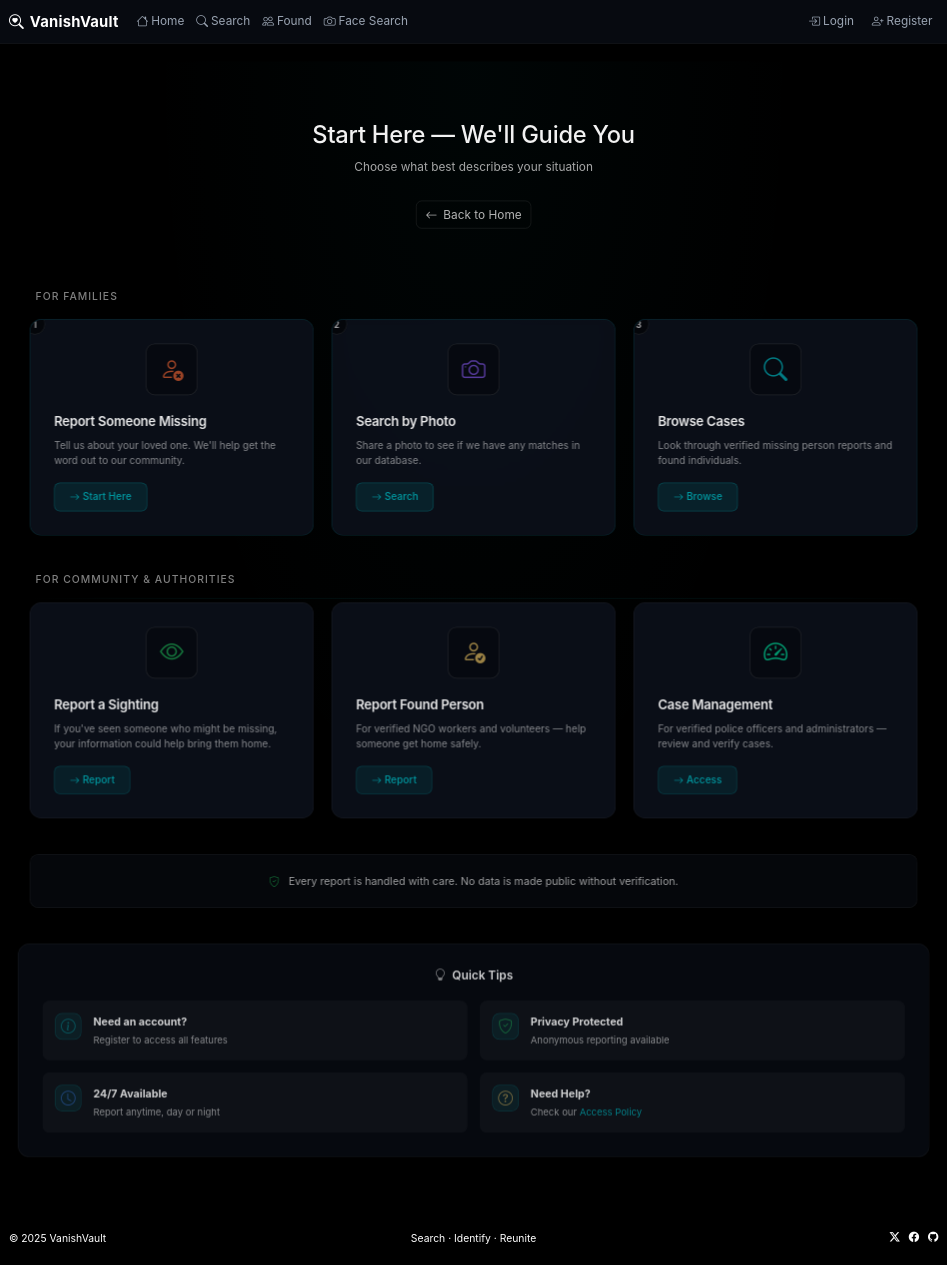
Repository: nidhi-jpg/Vanish-Vault
Page: templates/core/roadmap.html
An editor plug-in stored every save of this project. The page is shown before and after the next save, followed by the edit.
The browser window is 1280 px wide. The pictures show the whole page, at 74% of full size.
The template is drawn by Django 3.2. The application's start-up code is not run. The template is opened directly, without the code that normally fills it, so the values that code supplies are empty.

Above is the page before, as saved 2026-01-01 23:02:29.

After the next save:
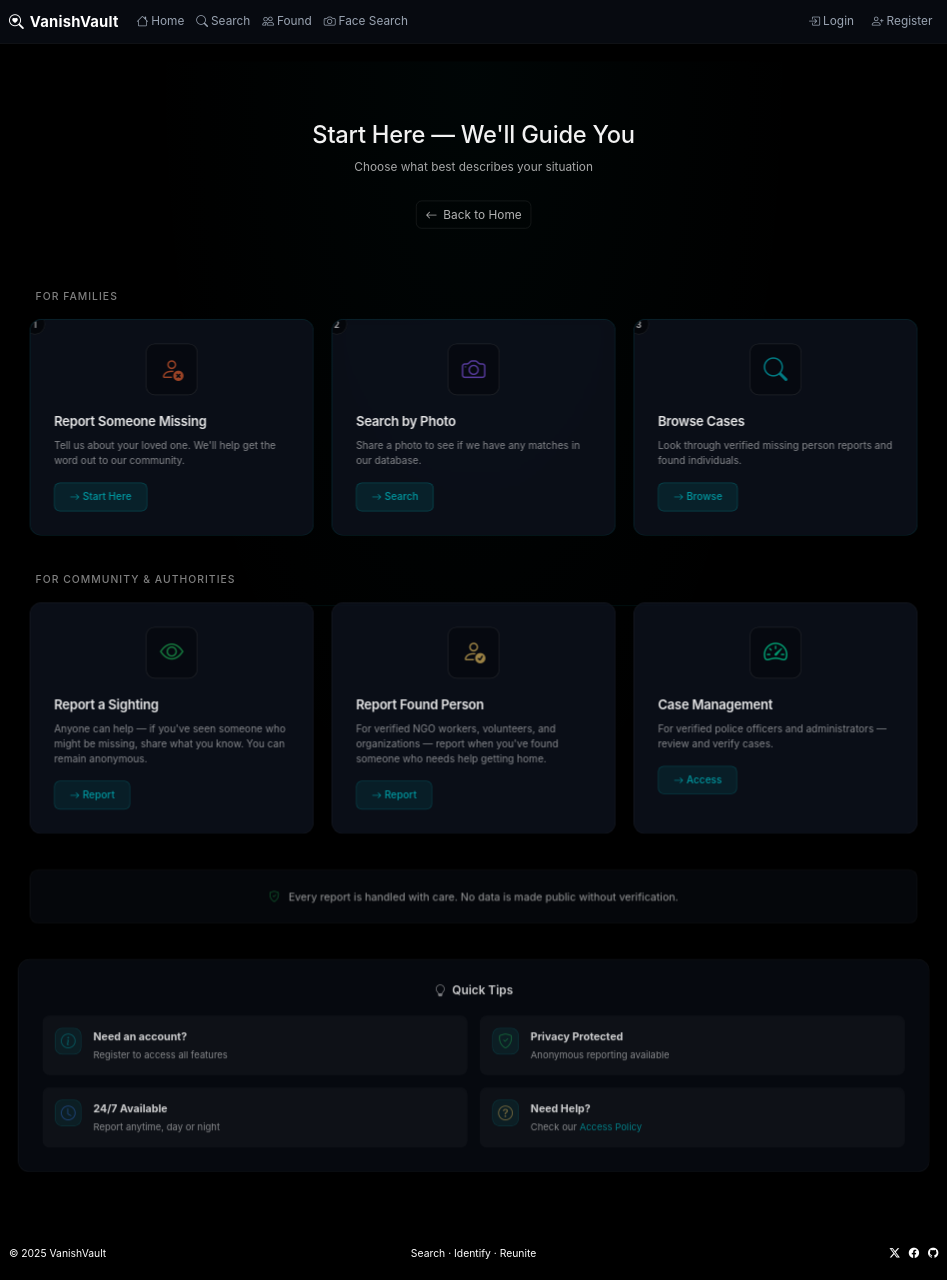
Saved 2 min 47 s later.
--- a/templates/core/roadmap.html
+++ b/templates/core/roadmap.html
@@ -438,7 +438,7 @@
                             </div>
                         </div>
                         <h3>Report a Sighting</h3>
-                        <p>If you've seen someone who might be missing, your information could help bring them home.</p>
+                        <p>Anyone can help — if you've seen someone who might be missing, share what you know. You can remain anonymous.</p>
                         <a href="{% url 'core:search' %}" class="btn">
                             <i class="bi bi-arrow-right me-1"></i>Report
                         </a>
@@ -452,7 +452,7 @@
                             </div>
                         </div>
                         <h3>Report Found Person</h3>
-                        <p>For verified NGO workers and volunteers — help someone get home safely.</p>
+                        <p>For verified NGO workers, volunteers, and organizations — report when you've found someone who needs help getting home.</p>
                         <a href="{% url 'core:report_found' %}" class="btn">
                             <i class="bi bi-arrow-right me-1"></i>Report
                         </a>
